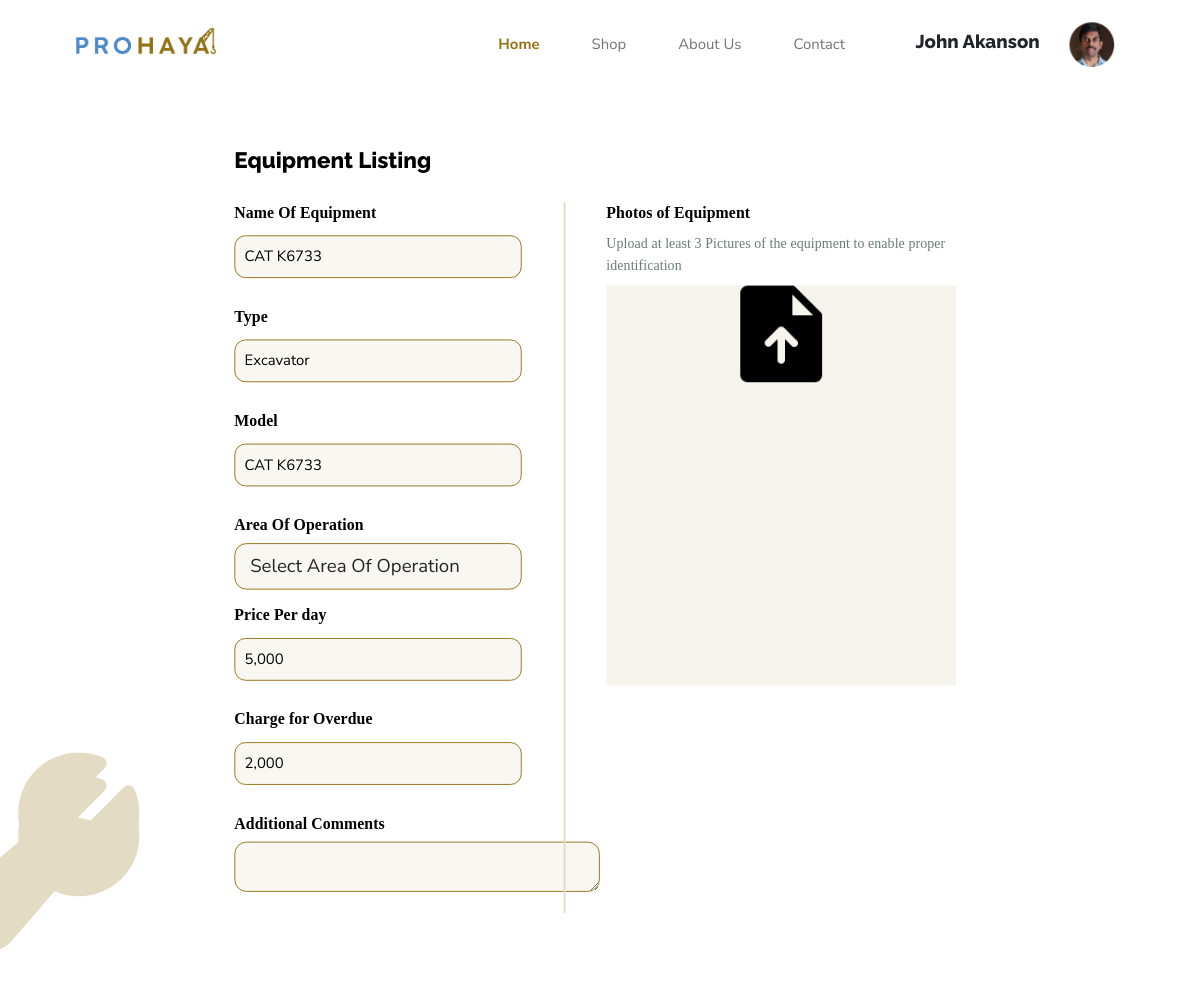
Repository: stormcelltech/Prohaya-UI
Page: Prohaya-UI/equipment_listing.html
These files come from the project's save history. The page is drawn as it stood at one moment and after the next save; the edit follows.
The browser window is 1280 px wide. The pictures show the whole page, at 93% of full size.
Some web libraries are served in a nearby version.

Above is the page before, as saved 2022-04-14 04:25:35.
Console error: TypeError: $(...).owlCarousel is not a function

After the next save:
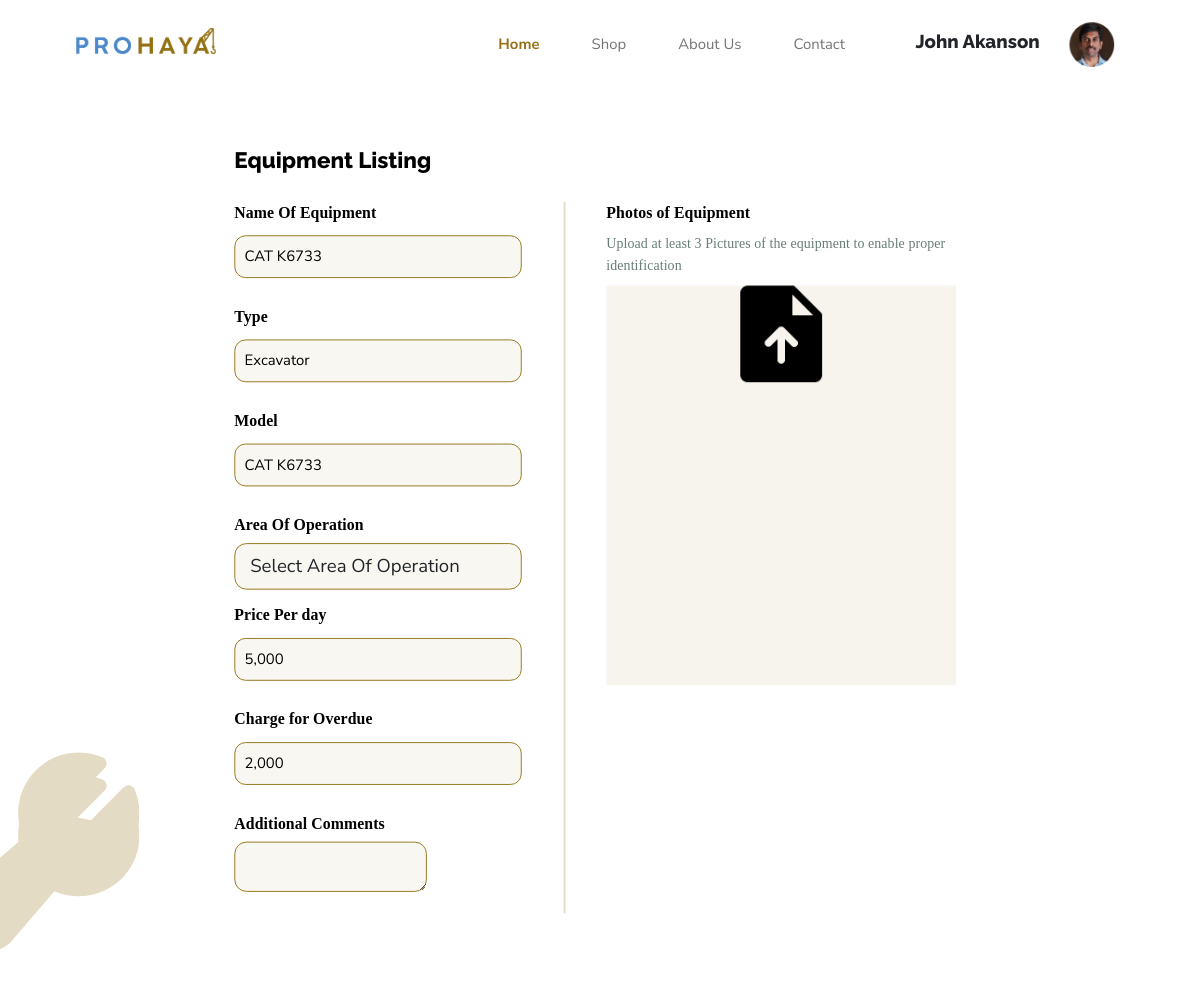
Saved 11 s later.
--- a/Prohaya-UI/equipment_listing.html
+++ b/Prohaya-UI/equipment_listing.html
@@ -96,7 +96,7 @@
                             </div>
                             <div class="mb-3">
                                 <label for="exampleFormControlInput1" class="form-label custom-labels">Additional Comments</label>
-                                <textarea name="" id="" cols="40" rows="2" class="custom-textarea"></textarea>
+                                <textarea name="" id=""  rows="2" class="custom-textarea"></textarea>
                                 <!-- <input type="text" class="form-control custom-input" id="exampleFormControlInput1" placeholder="CAT K6733"> -->
                             </div>
 
